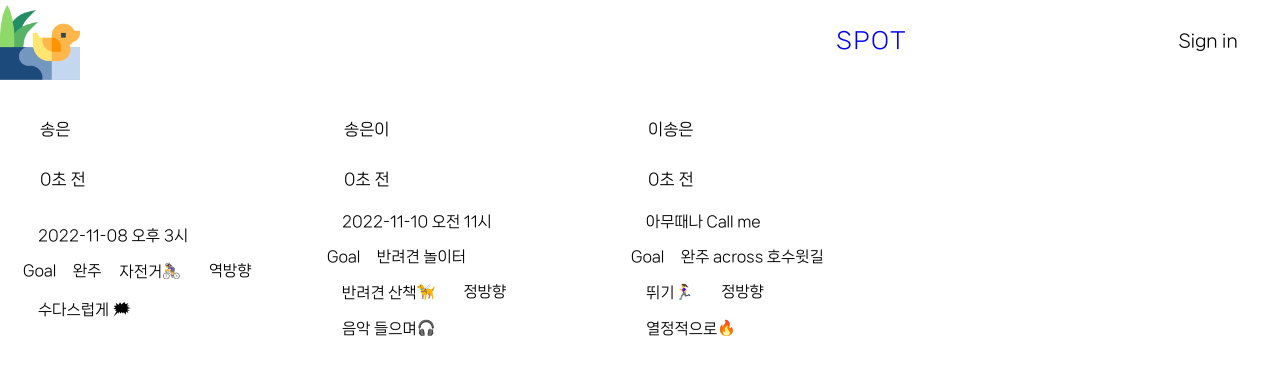
Repository: songeunleee/youngrangho
Page: /
The author's editor kept a copy of each file at every save. The page is drawn from the files as they stood at one save, then again after the next save.
The browser window is 1280 px wide. The pictures show the whole page.
Some web libraries are served in a nearby version. The project was rebuilt for these pictures with package versions that can differ from the ones it lists, and the page was loaded fresh each time. Some packages were replaced by stand-ins written for this rebuild. Also part of the build but not shown: src/app.module.css, src/components/activity/activity.module.css, src/components/footer/footer.module.css, src/components/footer/footer.jsx, src/components/home/home.module.css, src/components/home/home.jsx, src/components/add_spot/add_spot.module.css, src/components/add_spot/add_spot.jsx and 6 more.

Above is the page before, as saved 2022-11-08 07:02:22.

After the next save:
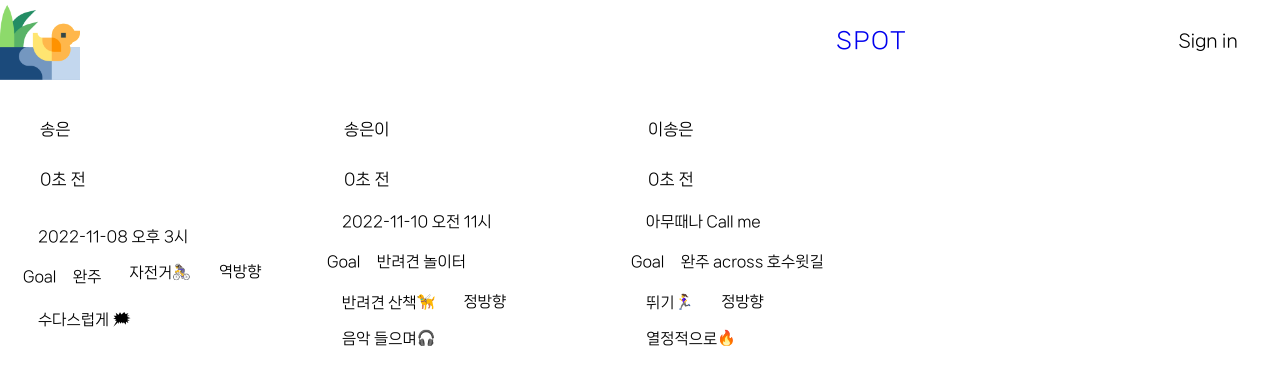
Saved 19 s later.
--- a/src/components/activity_item/activity_item.module.css
+++ b/src/components/activity_item/activity_item.module.css
@@ -55,7 +55,7 @@
 }
 
 .chip.goal {
-  padding: 0px;
+  padding-left: 0px;
 }
 
 .G {
